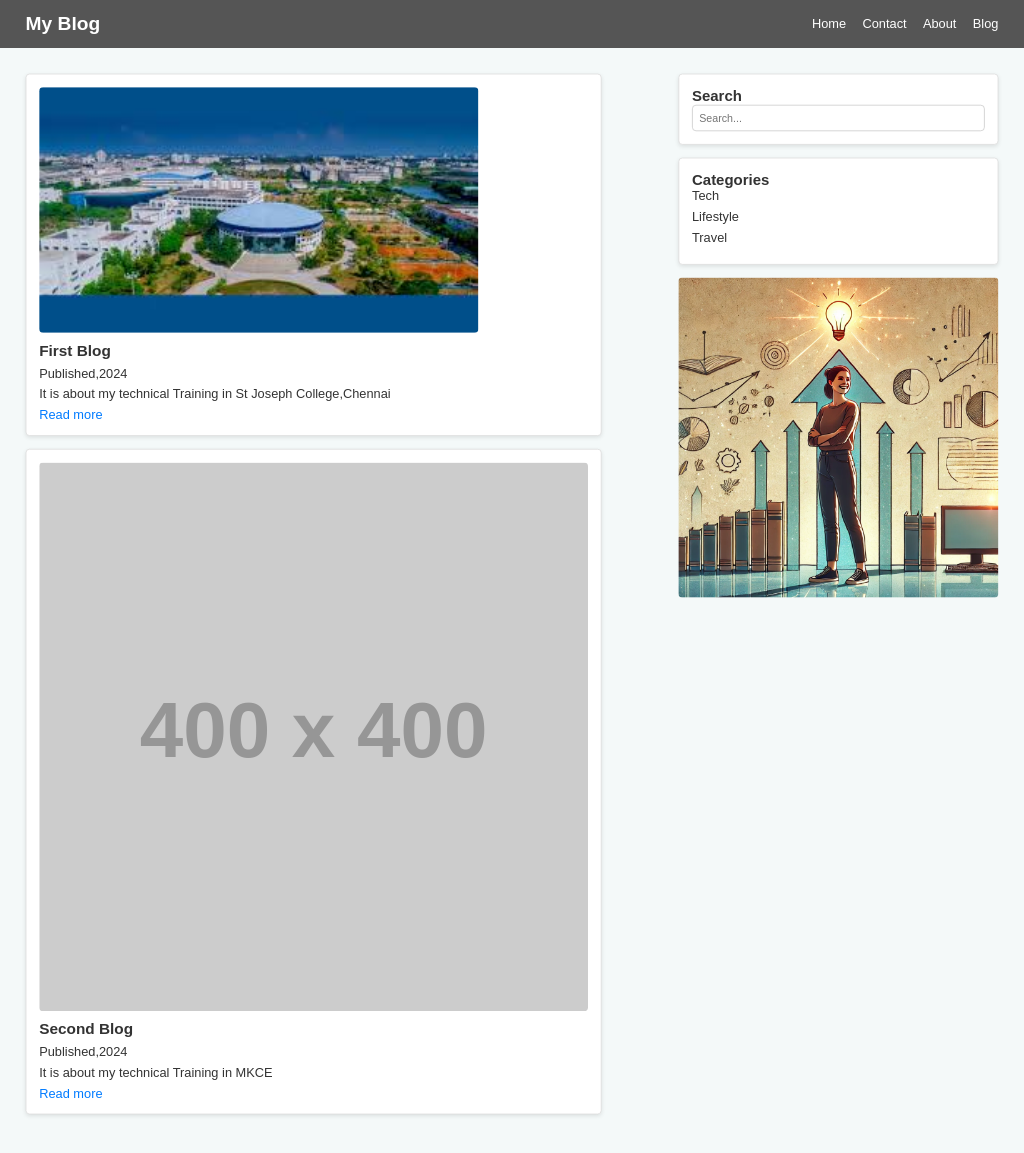
Repository: obusakthi539/Loginform
Page: Myblog.html
The author's editor kept a copy of each file at every save. The page is drawn from the files as they stood at one save, then again after the next save.
The browser window is 1280 px wide. The pictures show the whole page, at 80% of full size.

Above is the page before, as saved 2025-01-12 16:59:17.

After the next save:
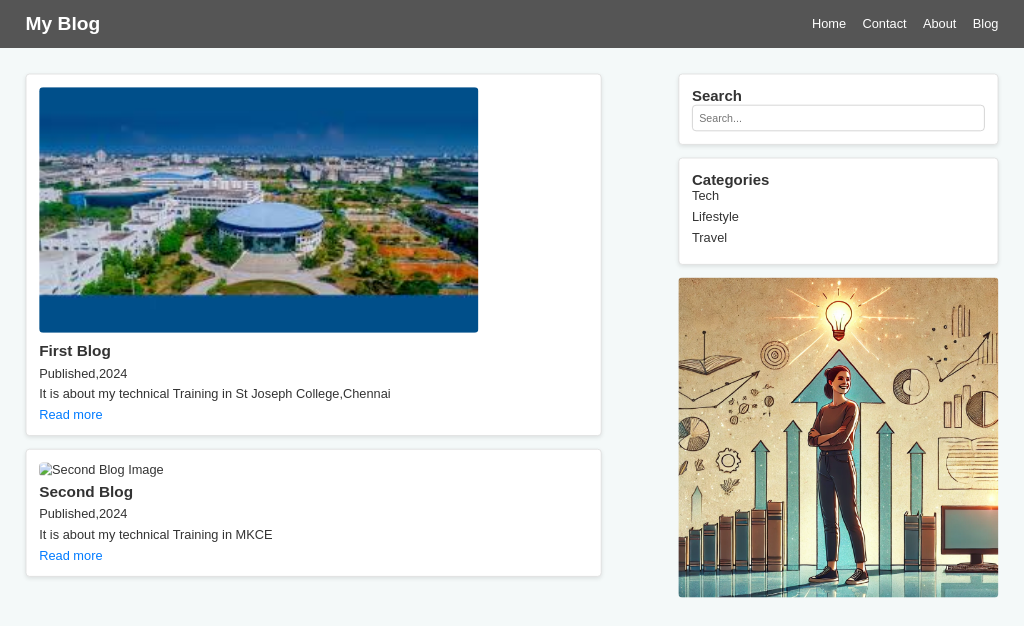
Saved 29 s later.
--- a/Myblog.html
+++ b/Myblog.html
@@ -171,7 +171,7 @@
             </div>
 
             <div class="blog-card">
-                <img class="blog-image" src="https://via.placeholder.com/400" alt="Second Blog Image">
+                <img class="blog-image" src="" alt="Second Blog Image">
                 <h2>Second Blog</h2>
                 <p>Published,2024</p>
                 <p>It is about my technical Training in MKCE</p>
